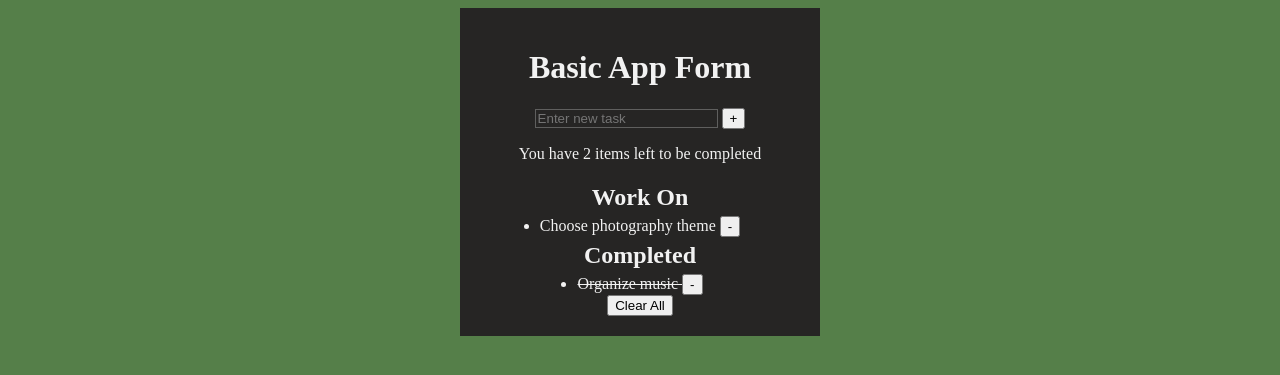
Repository: Kayla-amr/dgm_3760
Page: todoTemplate-W2/index.html
An editor plug-in stored every save of this project. The page is shown before and after a run of saves, followed by the edit.
The browser window is 1280 px wide. The pictures show the whole page.

Above is the page before, as saved 2022-11-08 13:13:11.

After the next 2 saves:
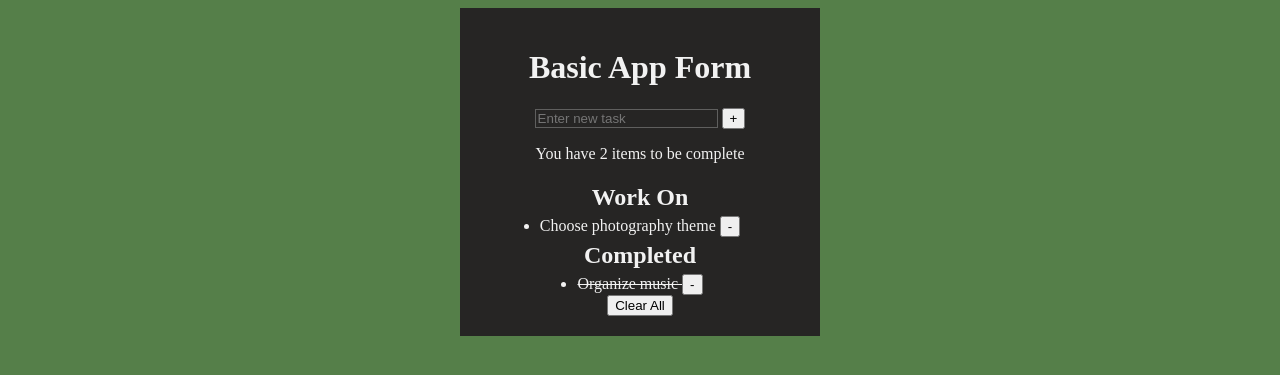
The 2 saves are shown as one change because they came seconds apart.
The last was saved 7 s later.
--- a/todoTemplate-W2/index.js
+++ b/todoTemplate-W2/index.js
@@ -92,7 +92,7 @@ function deleteComplete() {
 }
 
 function remaining() {
-	remainingTasks.textContent = `You have ${todoTaskUl.tagName.length} items left to be completed`;
+	remainingTasks.textContent = `You have ${todoTaskUl.tagName.length} items to be complete`;
 	console.log(todoTaskUl.getElementsByTagName('li').length)
 }
 
